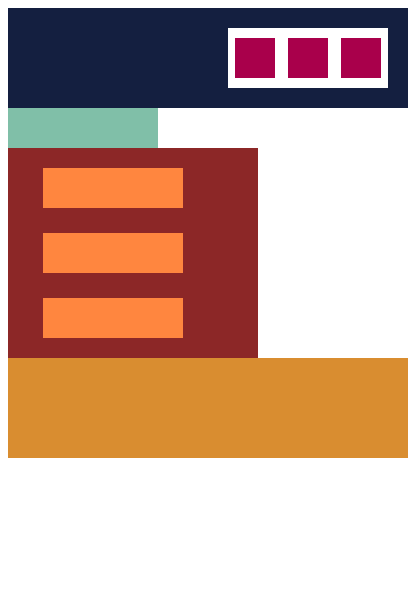
Repository: natuki-i/curriculum
Page: http://localhost/
These files come from the project's save history. The page is drawn as it stood at one moment and after the next save; the edit follows.
The browser window is 375 px wide. The page is 408 px wide, so the pictures cover 408 px, including what lies to the right of the window. The pictures show the whole page.
The page is run by PHP 8.4 with error messages shown; the project is at /var/www/html/.

Above is the page before, as saved 2022-11-26 22:49:06.

After the next save:
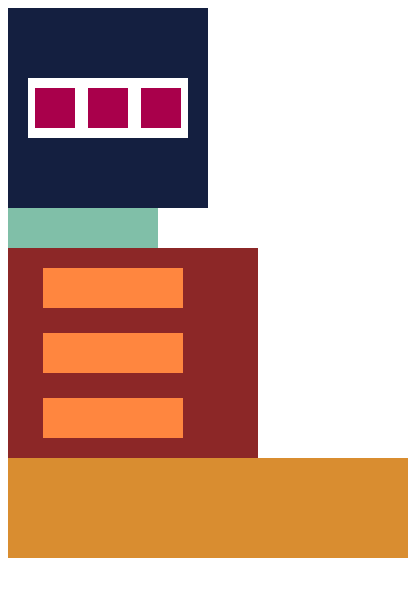
Saved 12 s later.
--- a/PHPjob/1/css/style.css
+++ b/PHPjob/1/css/style.css
@@ -70,8 +70,8 @@
 /* スマホ向けスタイル */
 
 .header {
-    width: 400px;
-    height: 100px;
+    width: 200px;
+    height: 200px;
 }
 
 .main {
